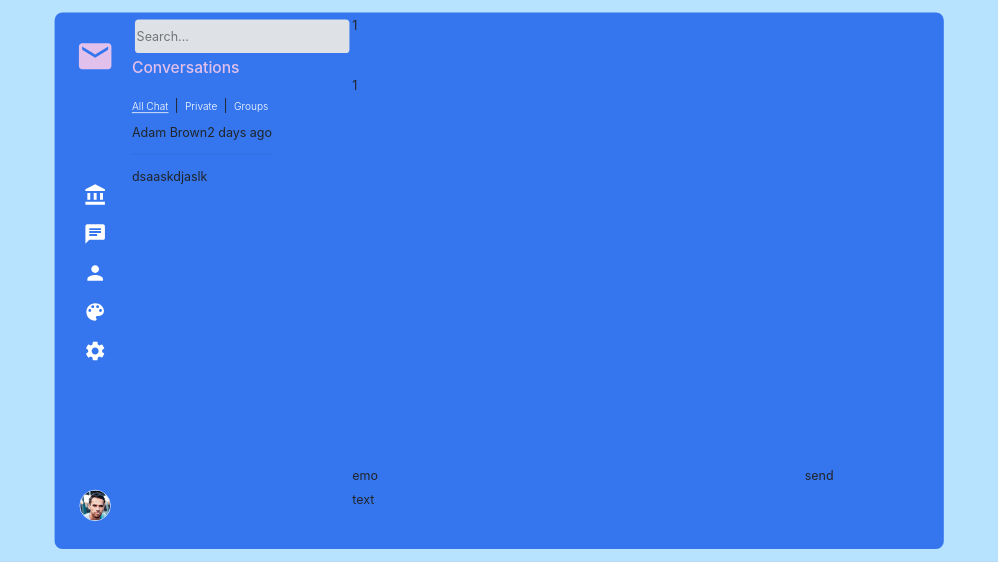
Repository: arafat877/super-chat
Page: /
The author's editor kept a copy of each file at every save. The page is drawn from the files as they stood at one save, then again after the next save.
The browser window is 1280 px wide. The pictures show the whole page, at 78% of full size.
The project was rebuilt for these pictures with package versions that can differ from the ones it lists, and the page was loaded fresh each time.

Above is the page before, as saved 2020-08-06 23:10:59.

After the next save:
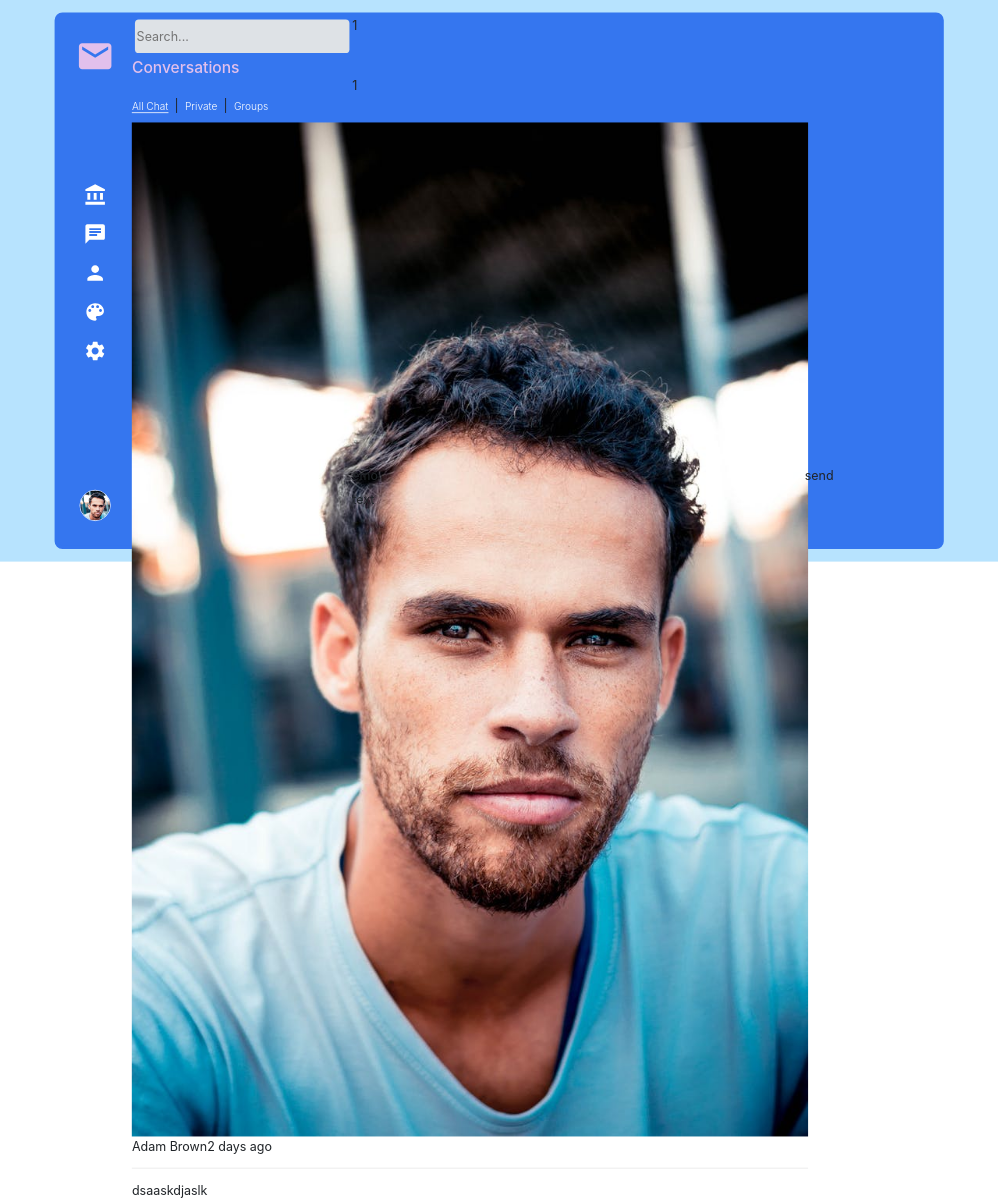
Saved 55 s later.
--- a/src/App.js
+++ b/src/App.js
@@ -70,6 +70,7 @@ function App() {
             </div>
             <div className="row groupsRow">
               <div>
+                <img src={require("./assets/m1.jpeg")} alt="User Profile"/>
                 <span>Adam Brown</span>
                 <span>2 days ago</span>
                 <hr></hr>

After the 2 saves that followed:
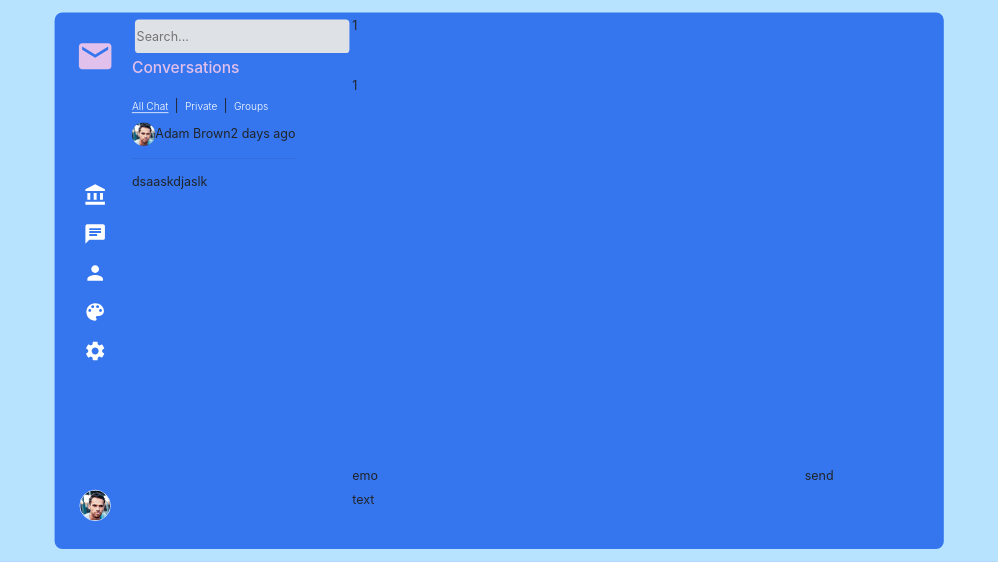
The 2 saves are shown as one change because 1 left the picture as it was.
The last was saved 80 s later.
--- a/src/App.js
+++ b/src/App.js
@@ -70,7 +70,7 @@ function App() {
             </div>
             <div className="row groupsRow">
               <div>
-                <img src={require("./assets/m1.jpeg")} alt="User Profile"/>
+                <img className="userProfilePicture" src={require("./assets/m1.jpeg")} alt="User Profile"/>
                 <span>Adam Brown</span>
                 <span>2 days ago</span>
                 <hr></hr>
--- a/src/App.scss
+++ b/src/App.scss
@@ -84,6 +84,13 @@
       }
       .groupsRow {
         height: 80%;
+
+        .userProfilePicture{
+            height: 30px;
+            width: 30px;
+            border-radius: 50%;
+            object-fit: cover;
+        }
       }
     }
 
